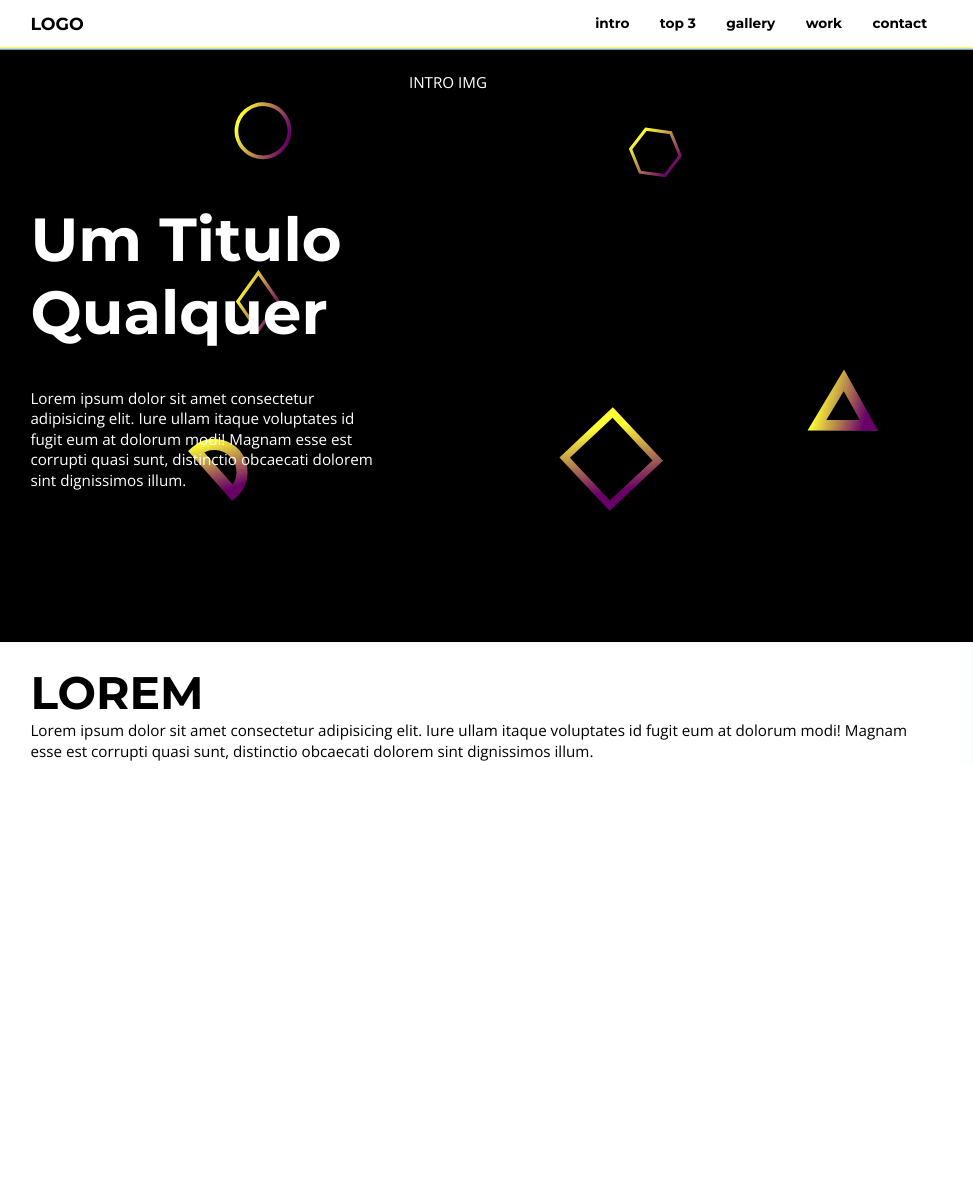
Repository: danilodscosta/CursoHTML
Page: aula1/index.html
The author's editor kept a copy of each file at every save. The page is drawn from the files as they stood at one save, then again after the next save.
The browser window is 1280 px wide. The pictures show the whole page, at 76% of full size.

Above is the page before, as saved 2024-01-29 17:35:52.

### aula1/index.html
<!DOCTYPE html>
<html lang="pt-BR">

<head>
    <meta charset="utf-8">
    <meta name="viewport" content="width=device-width, inital-scale=1.0">
    <title>Landing Page</title>

    <link rel="stylesheet" href="assets/css/variables.css">
    <link rel="stylesheet" href="assets/css/elements.css">
    <link rel="stylesheet" href="assets/css/classes.css">
    <link rel="stylesheet" href="assets/css/menu.css">
    <link rel="stylesheet" href="assets/css/style.css">

    <link rel="preconnect" href="https://fonts.googleapis.com">
    <link rel="preconnect" href="https://fonts.gstatic.com" crossorigin>
    <link href="https://fonts.googleapis.com/css2?family=Montserrat:ital,wght@0,900;1,900&display=swap" rel="stylesheet">
    <link href="https://fonts.googleapis.com/css2?family=Montserrat:ital,wght@0,100..900;1,100..900&family=Open+Sans:ital,wght@0,300..800;1,300..800&display=swap" rel="stylesheet">

</head>



<body>
    <aside class="menu white-bg">
        <div class="main-content menu-content">
        <h1>
            <a href="#">LOGO</a>
        </h1>

            <nav>
                <ul>
                    <li><a href="#">intro</a></li>
                    <li><a href="#">top 3</a></li>
                    <li><a href="#">gallery</a></li>
                    <li><a href="#">work</a></li>
                    <li><a href="#">contact</a></li>
                </ul>
            </nav>
        </div>
    </aside>

    <div class="menu-spacing"></div>

    <section class="intro main-bg section">
        <div class="main-content intro-content">
            <div class="intro-text-content">
                <h2>Um Titulo Qualquer</h2>
                <p>Lorem ipsum dolor sit amet consectetur adipisicing elit. Iure ullam itaque voluptates id fugit eum at dolorum modi! Magnam esse est corrupti quasi sunt, distinctio obcaecati dolorem sint dignissimos illum.</p>
            </div>
        <div class="intro-img">
            INTRO IMG
        </div>
    </div>
    </section>

    <section class="white-bg section">
        <div class="main-content">
            <h1>Lorem</h1>
            <p>Lorem ipsum dolor sit amet consectetur adipisicing elit. Iure ullam itaque voluptates id fugit eum at dolorum modi! Magnam esse est corrupti quasi sunt, distinctio obcaecati dolorem sint dignissimos illum.</p>
        </div>
    </section>
</body>

</html>

### aula1/assets/css/variables.css
:root {
    --primary-color: #000000;
    --white-color: #fff;
    --light-gold-color: #ff0;
    --purple-color: #680068;
    --gap: 3rem;
}

### aula1/assets/css/elements.css

* {
    margin: 0;
    padding: 0;
}

html {
    font-size: 62.5%;
}

body {
    font-family: 'Open Sans', sans-serif;
    font-size: 2rem;
    color: var(--primary-color);
    background: powderblue;
}

h1, h2, h3, h4, h5, h6 {
    font-family: 'Montserrat', 'sans-serif';
}

h1 {
    font-size: 6rem;
    text-transform: uppercase;
}

h2 {
    font-size: 5.5rem;
}

h3 {
    font-size: 5rem;
}

h4 {
    font-size: 4.5rem;
}

h5 {
    font-size: 4rem;
}

h6 {
    font-size: 3.5rem;
}

### aula1/assets/css/classes.css
.main-bg {
    background-image: url('../img/main-bg.svg');
    background-size: cover;
    background-position: center center;
    color: var(--white-color);
}

.white-bg {
    background: var(--white-color);
}

.main-content {
    max-width: 120rem;
    margin: 0 auto;
    padding: var(--gap);
}

.section {
    min-height: 100vh;
}

.menu-spacing {
    height: 65px;
}

### aula1/assets/css/menu.css
.menu {
    position: fixed;
    top: 0;
    left: 0;
    right: 0;
    width: 100%;
    border-bottom: 0.1rem solid var(--light-gold-color);
}

.menu-content {
    display: flex;
    justify-content: space-between;
    align-items: center;
    padding-top: 0;
    padding-bottom: 0;
}

.menu ul {
    list-style: none;
    display: flex;
}

.menu h1 {
    font-size: 2.3rem;
    color: var(--primary-color);
}

.menu h1 a {
    color: inherit;
    text-decoration: none;
}

.menu ul li a {
    display: block;
    padding: 2rem;
    font-size: 1.8rem;
    font-family: 'Montserrat', 'sans-serif';
    color: var(--primary-color);
    font-weight: bold;
    text-decoration: none;
    position: relative;
}

.menu ul li a::after {
    content: '';
    position: absolute;
    bottom: 1rem;
    left: 50%;
    width: 0;
    height: 0.2rem;
    background: var(--purple-color);
    transition: all 300ms ease-in-out;
}

.menu ul li a:hover::after {
    width: 50%;
    left: 25%;
}

### aula1/assets/css/style.css
/*
ID Classes, atributos e pseudo-classes  Elementos e pseudo-elementos
*/

.intro-content {
    position: relative;
    display: grid;
    grid-template-columns: 1fr 1.5fr;
    gap: var(--gap );
    height: 100vh;
}

.intro-text-content {
    display: flex;
    flex-flow: column wrap;
    justify-content: center;
}

.intro-text-content h2 {
    font-size: 8rem;
    margin-bottom: 5rem;
}

After the next save:
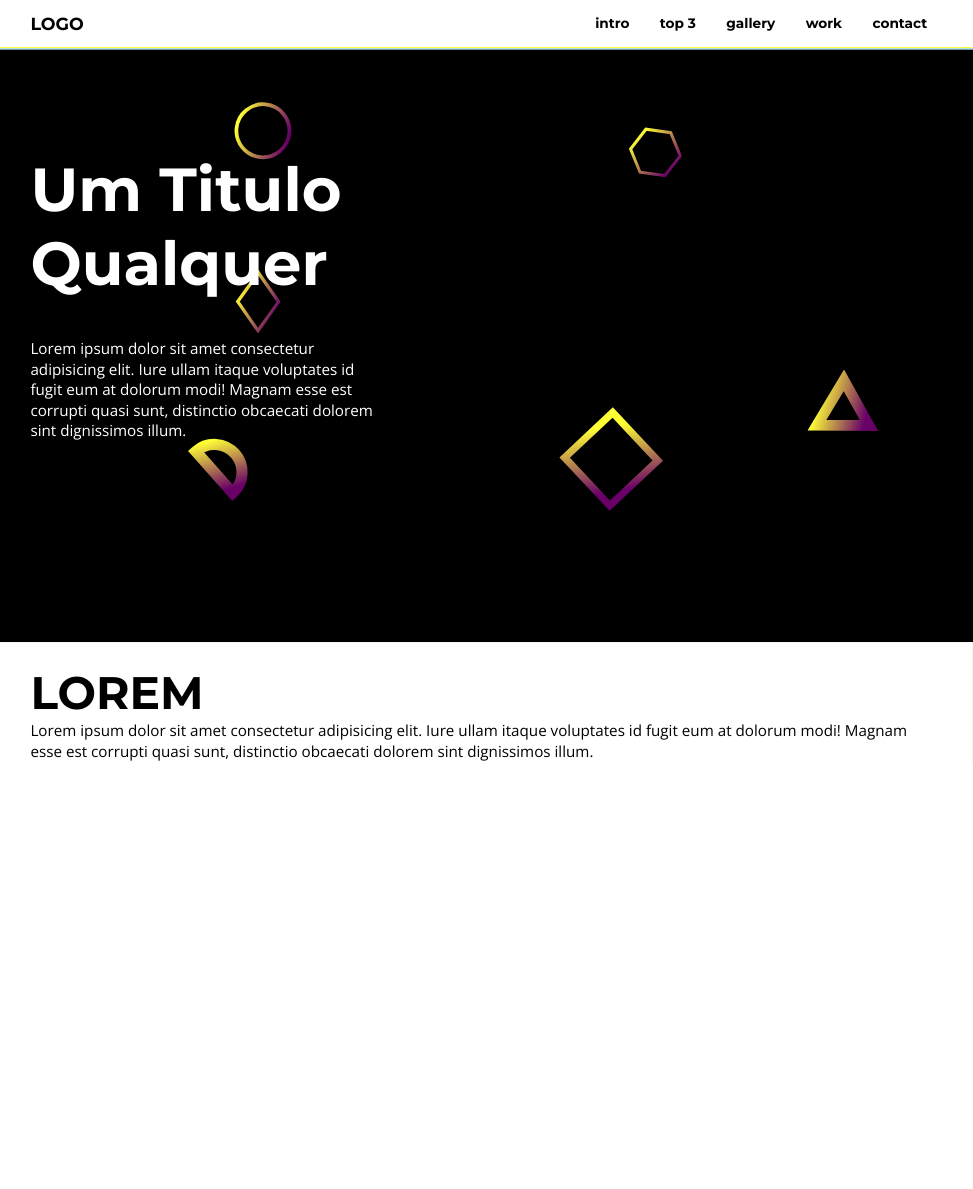
Saved 12 s later.
--- a/aula1/assets/css/style.css
+++ b/aula1/assets/css/style.css
@@ -4,6 +4,7 @@ ID Classes, atributos e pseudo-classes  Elementos e pseudo-elementos
 
 .intro-content {
     position: relative;
+    top: -6.5rem;
     display: grid;
     grid-template-columns: 1fr 1.5fr;
     gap: var(--gap );
